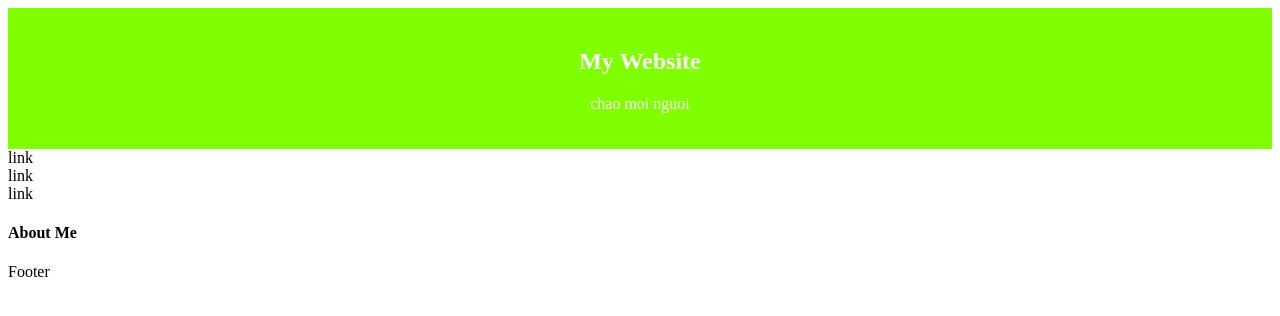
Repository: Lehuyhuynh/BTH2-CSS
Page: BTH2/index,.html
The author's editor kept a copy of each file at every save. The page is drawn from the files as they stood at one save, then again after a run of saves.
The browser window is 1280 px wide. The pictures show the whole page.

Above is the page before, as saved 2023-08-09 23:04:03.

### BTH2/index,.html
<!DOCTYPE html>
<html lang="en">
<head>
  <meta charset="UTF-8">
  <meta name="viewport" content="width=device-width, initial-scale=1.0">
  <link rel="stylesheet" href="style.css">
  <title> TH 2</title>
</head>
<body>
  <div class="head">
    <h2>My Website</h2>
    <p>chao moi nguoi</p>
  </div>

  <div class="head-link">
    <div>link</div>
    <div>link</div>
    <div>link</div>
  </div>

  <div class="main">
    <div class="left">
      <h4>About Me</h4>
      <div></div>
    </div>

    <div class="center"></div>

    <div class="footer">Footer</div>
  </div>
</body>
</html>

### BTH2/style.css
.head{
  background-color: chartreuse;
  padding: 20px 0;
}
h2{
  text-align: center;
  color: white;
}
p{
  text-align: center;
  color: white;
}

After the next 4 saves:
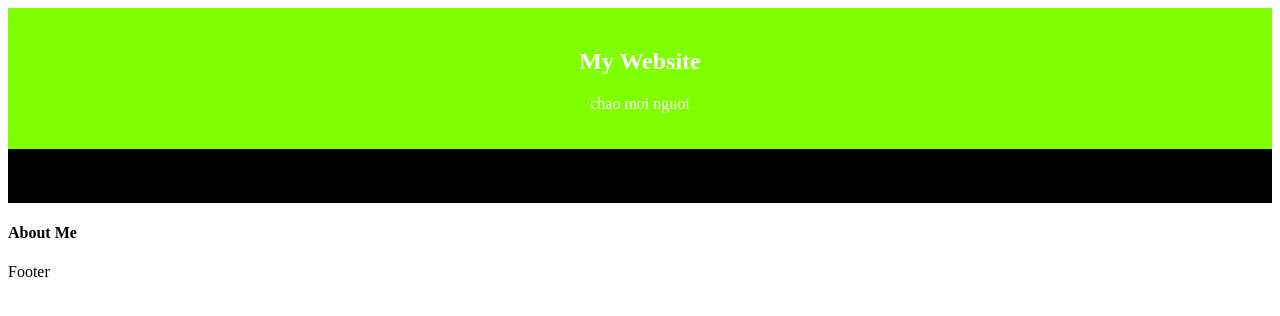
The 4 saves are shown as one change because they came seconds apart.
The last was saved 34 s later.
--- a/BTH2/style.css
+++ b/BTH2/style.css
@@ -10,3 +10,6 @@ p{
   text-align: center;
   color: white;
 }
+.head-link{
+  background-color: black;
+}
